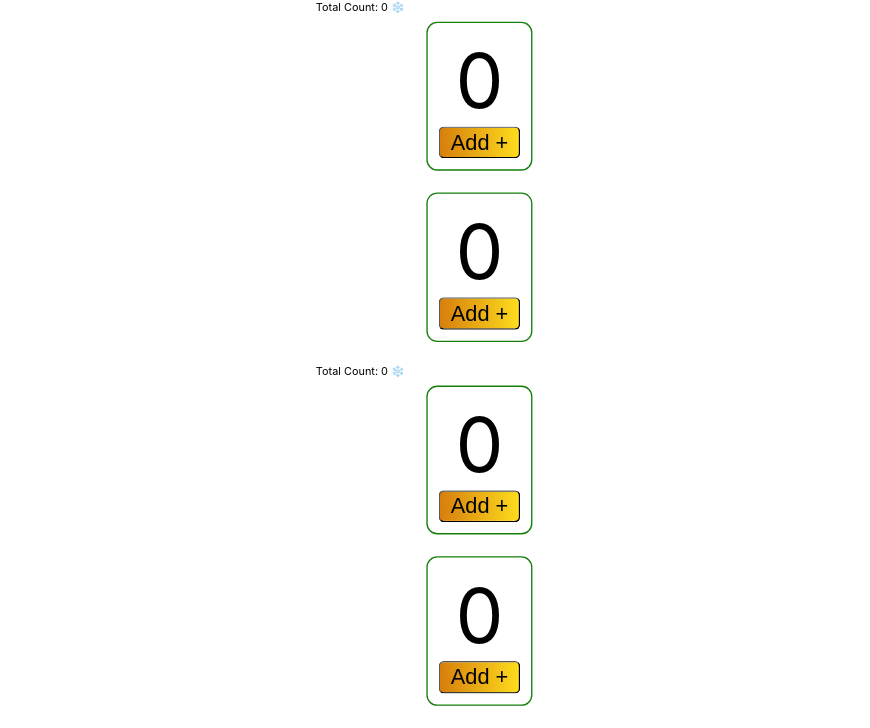
Repository: Yugayoung/css-example
Page: / (app in react/basic/)
An editor plug-in stored every save of this project. The page is shown before and after the next save, followed by the edit.
The browser window is 1280 px wide. The pictures show the whole page, at 68% of full size.
The project was rebuilt for these pictures with package versions that can differ from the ones it lists, and the page was loaded fresh each time.

Above is the page before, as saved 2023-12-19 20:07:53.

After the next save:
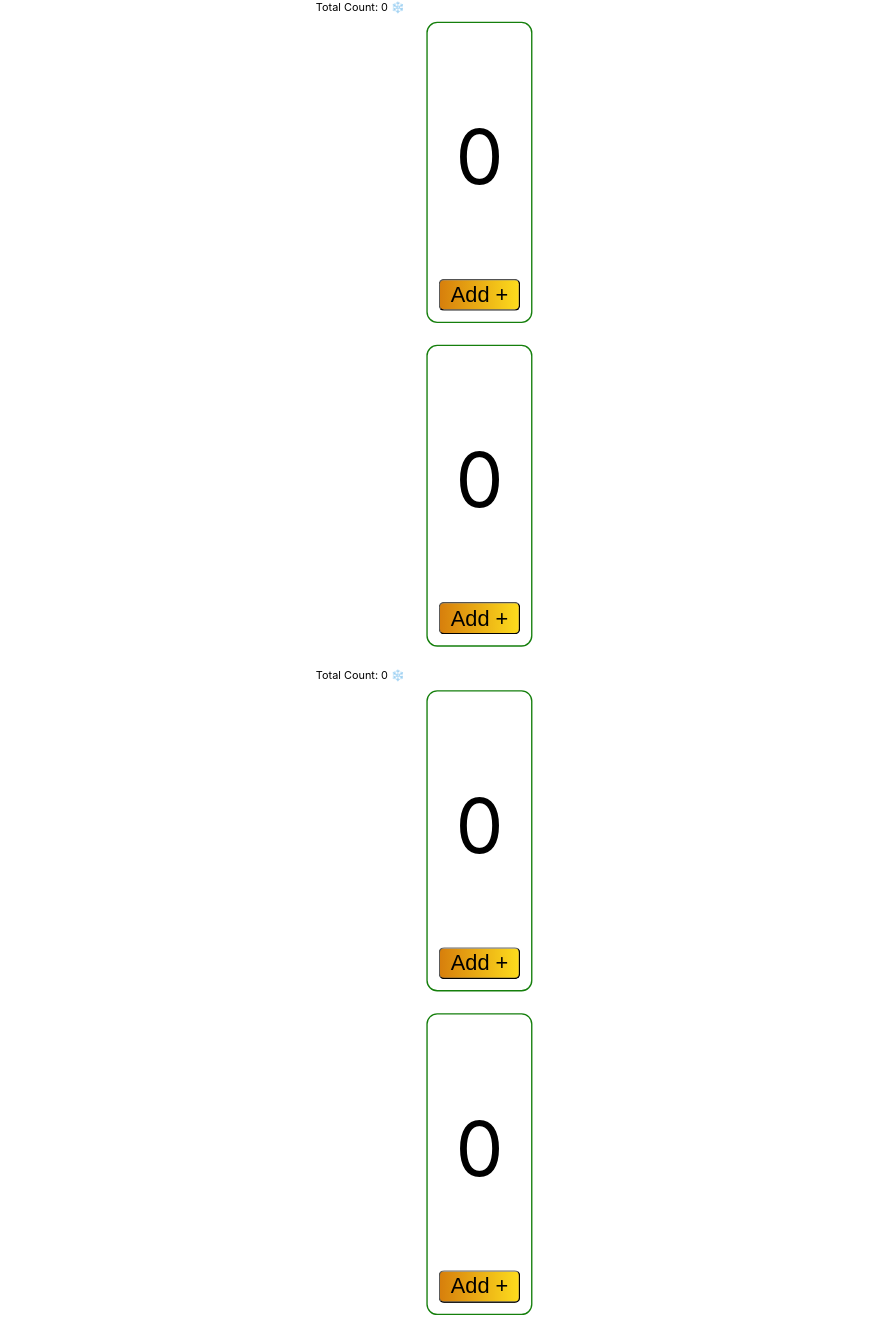
Saved 37 s later.
--- a/react/basic/src/components/Counter.jsx
+++ b/react/basic/src/components/Counter.jsx
@@ -4,7 +4,7 @@ export default function Counter({ total, onClick }) {
   const [count, setCount] = useState(0);
   return (
     <div className='counter'>
-      <span className='number'>{count}</span>
+      <p className='number'>{count}</p>
       <button
         className='button'
         onClick={() => {
